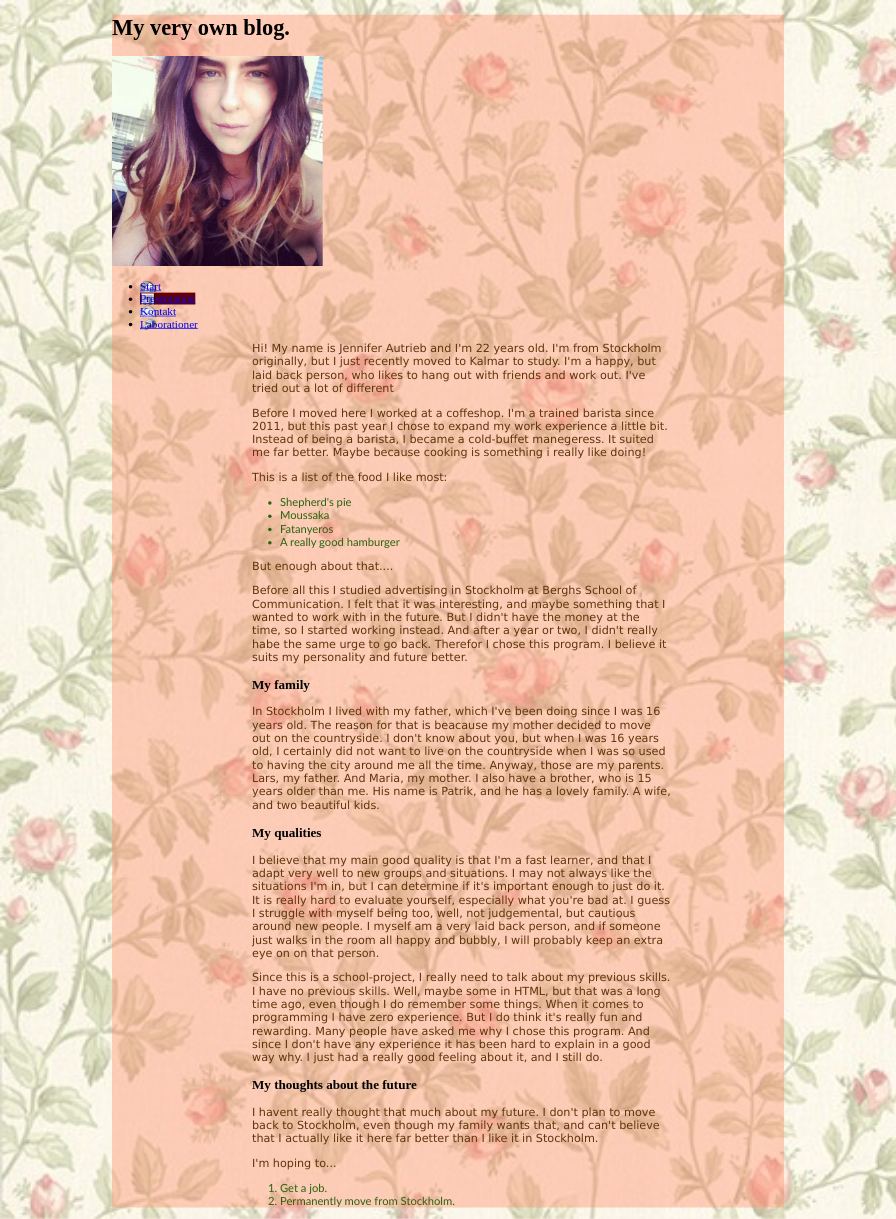
Repository: JeAut/1ik415-JeAut-laborationer
Page: WWW/pages/Presentation.html
The author's editor kept a record of every edit. The page is drawn from the files as they stood at one moment, then again after the next edit.
The browser window is 1280 px wide. The pictures show the part of the page from y = 0 to 1920 px (the page is 1741 px tall before and 6812 px after), at 70% of full size.

Above is the page before.

After the next edit:
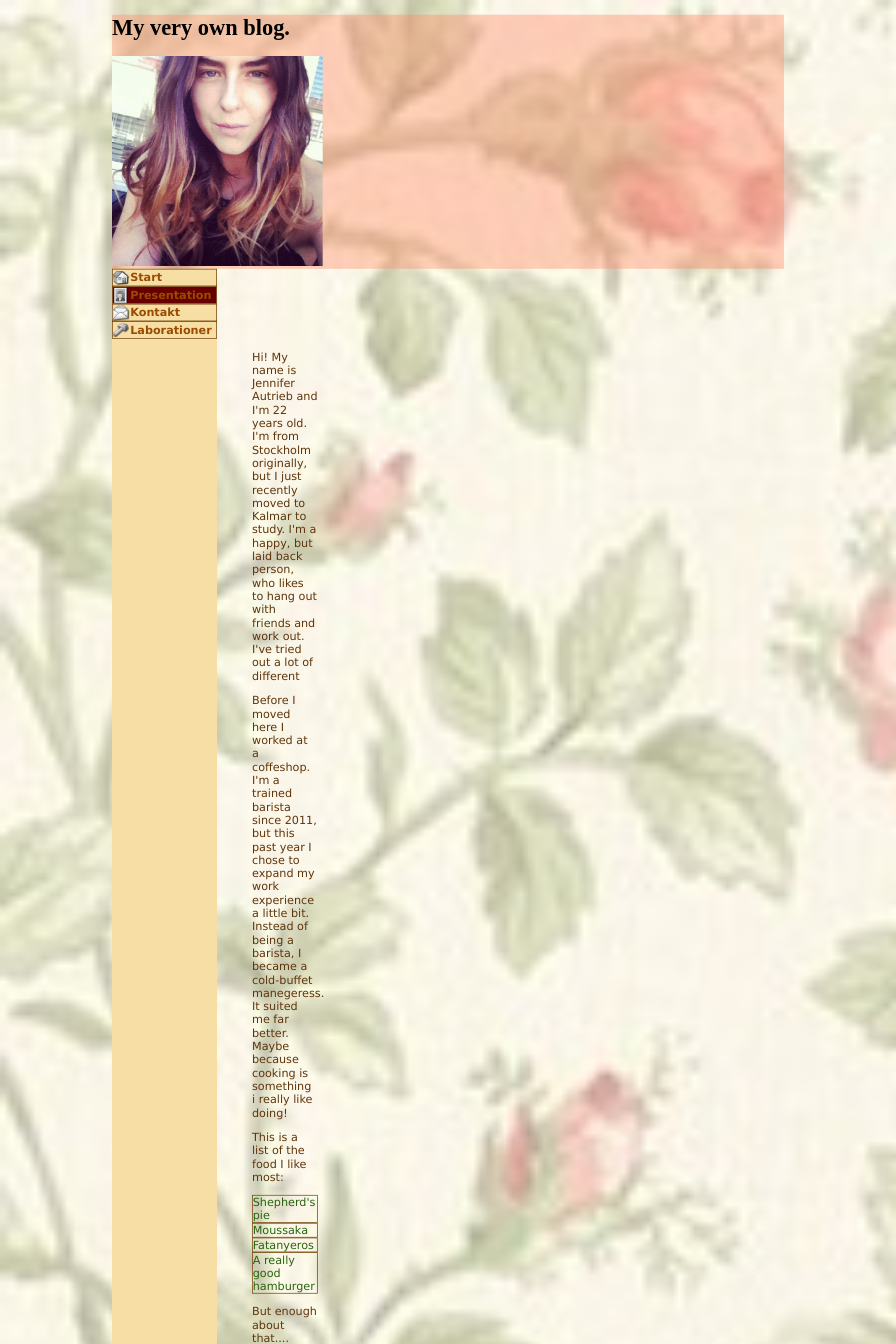
The edit:
--- a/WWW/pages/Presentation.html
+++ b/WWW/pages/Presentation.html
@@ -17,7 +17,7 @@
         <header><a id="doc"><h1>My very own blog.</h1></a>
         <img src="../pics/jennifer.jpg" width="301"/></header>
 
-         <aside>
+         <div id="navigation">
          <ul>
            <li><a href="../index.html" class="buttonstart"> Start</a></li>
            <li><a href="Presentation.html" class="active buttonpresent"> Presentation</a></li>
